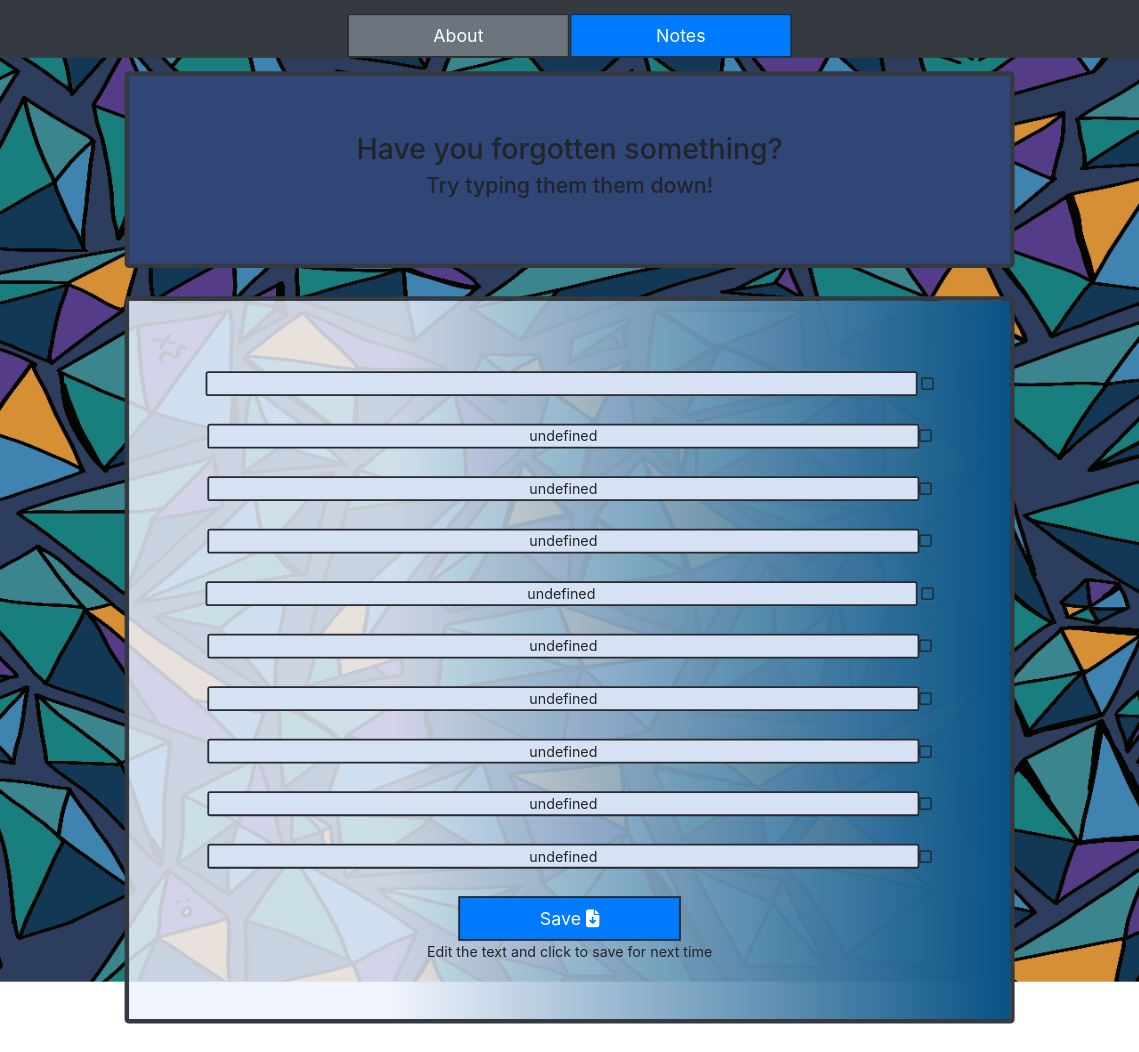
Repository: Kamicoda/Mynote
Page: index.html
The author's editor kept a record of every edit. The page is drawn from the files as they stood at one moment, then again after the next edit.
The browser window is 1280 px wide. The pictures show the whole page, at 89% of full size.
Backgrounds fixed to the window are drawn as part of the page. Some web fonts or font styles are not loaded; a fallback is used. Some web libraries are served in a nearby version.

Above is the page before.

After the next edit:
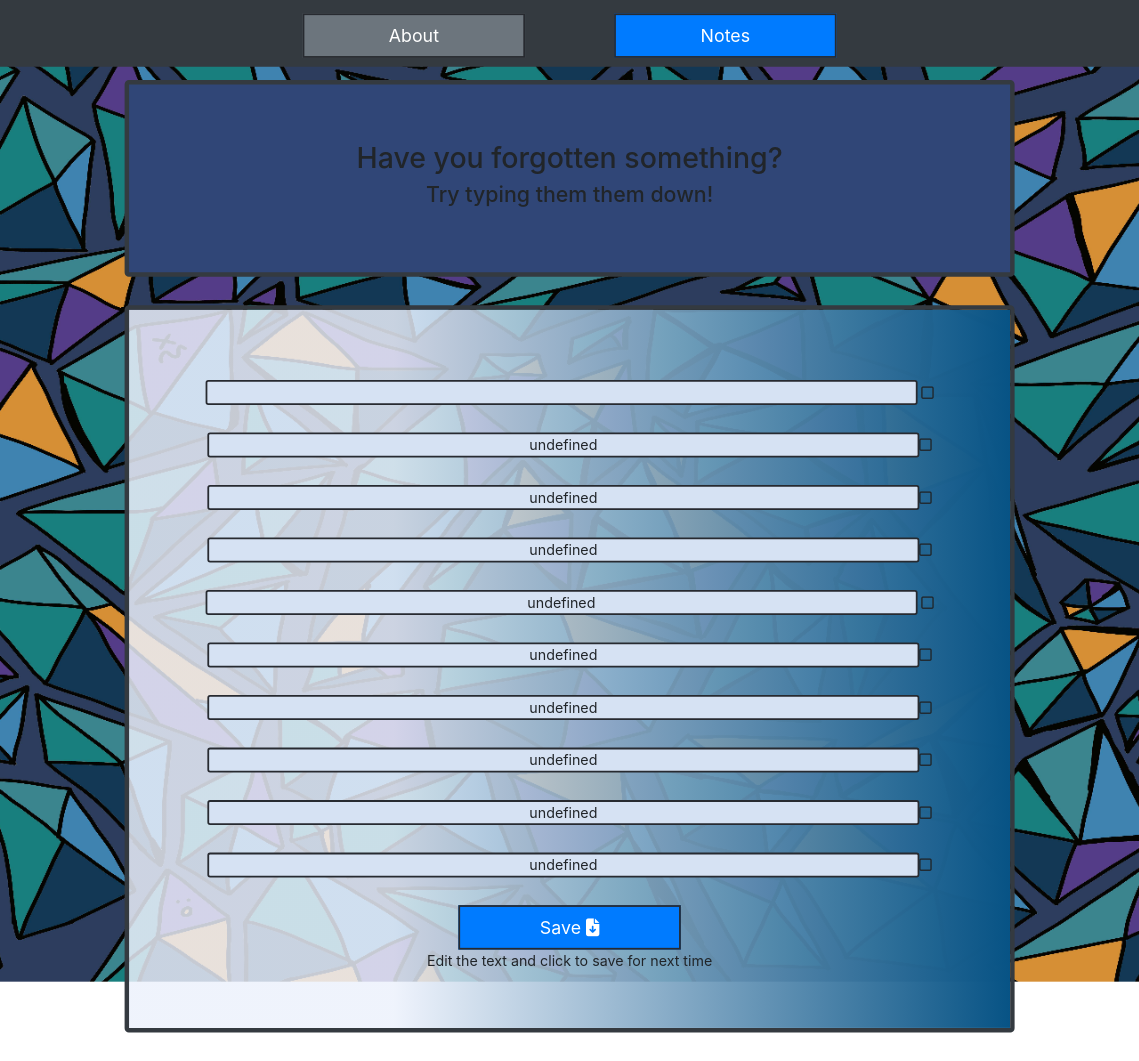
The edit:
--- a/assets/style/style.css
+++ b/assets/style/style.css
@@ -76,6 +76,11 @@
     width: 100%;
 }
 
+.nav-item {
+    margin-left: 50px;
+    margin-right: 50px;
+    margin-bottom: 10px;
+}
 
 .btn {
     border-radius: 0;
